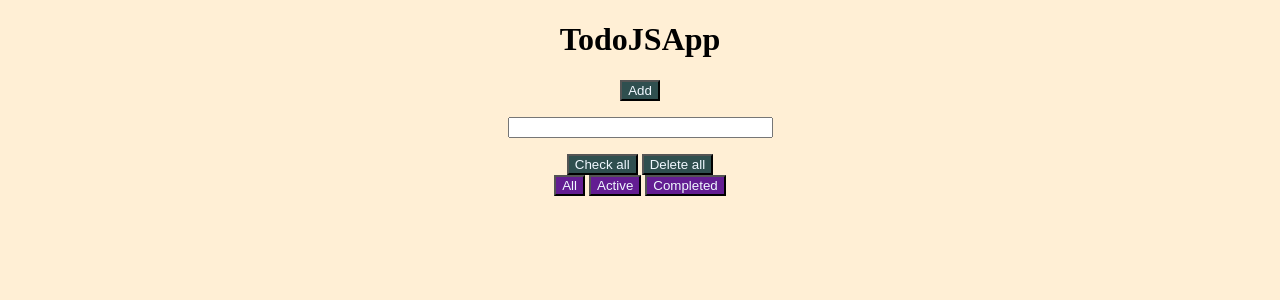
Repository: Follle/Todo
Page: index.html
The author's editor kept a copy of each file at every save. The page is drawn from the files as they stood at one save, then again after the next save.
The browser window is 1280 px wide. The pictures show the whole page.

Above is the page before, as saved 2024-03-28 09:13:05.

After the next save:
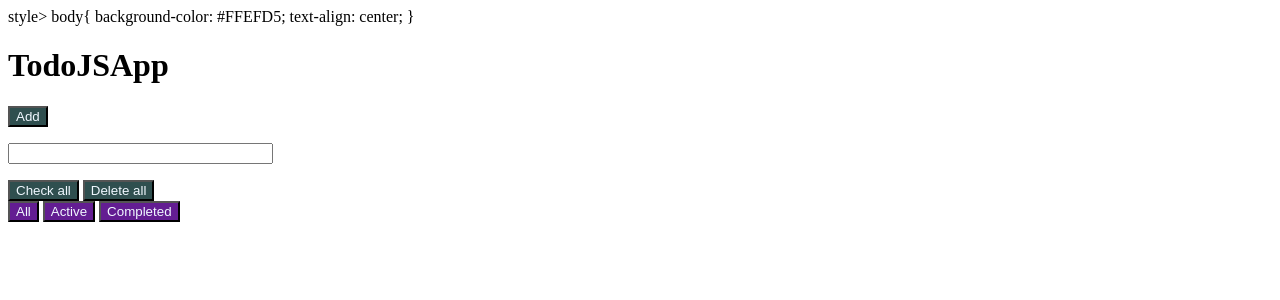
Saved 7 s later.
--- a/index.html
+++ b/index.html
@@ -4,7 +4,7 @@
       <meta http-equiv="Content-Type" content="text/html; charset=utf-8">
       <title>ToDo</title>
       <script src ="script.js" defer></script>
-  <style>
+    style>
     body{
         background-color: #FFEFD5;
 

After the 3 saves that followed:
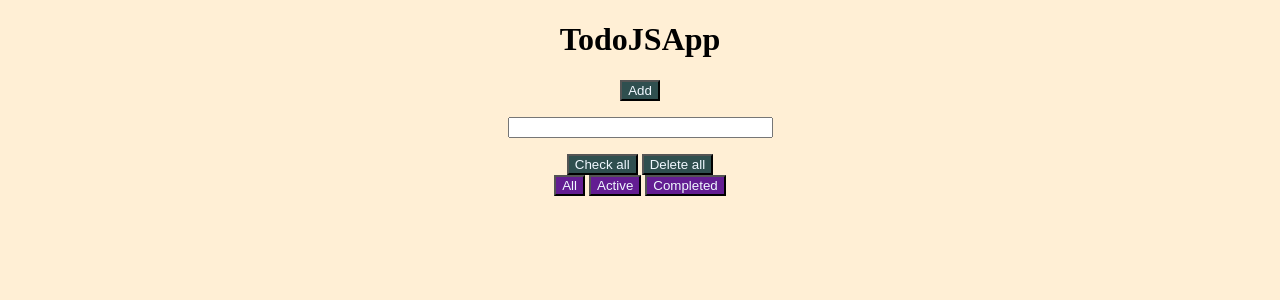
The 3 saves are shown as one change because they came seconds apart.
The last was saved 10 s later.
--- a/index.html
+++ b/index.html
@@ -4,9 +4,9 @@
       <meta http-equiv="Content-Type" content="text/html; charset=utf-8">
       <title>ToDo</title>
       <script src ="script.js" defer></script>
-    style>
-    body{
-        background-color: #FFEFD5;
+        <style>
+          body{
+            background-color: #FFEFD5;
 
         text-align: center;
     }
